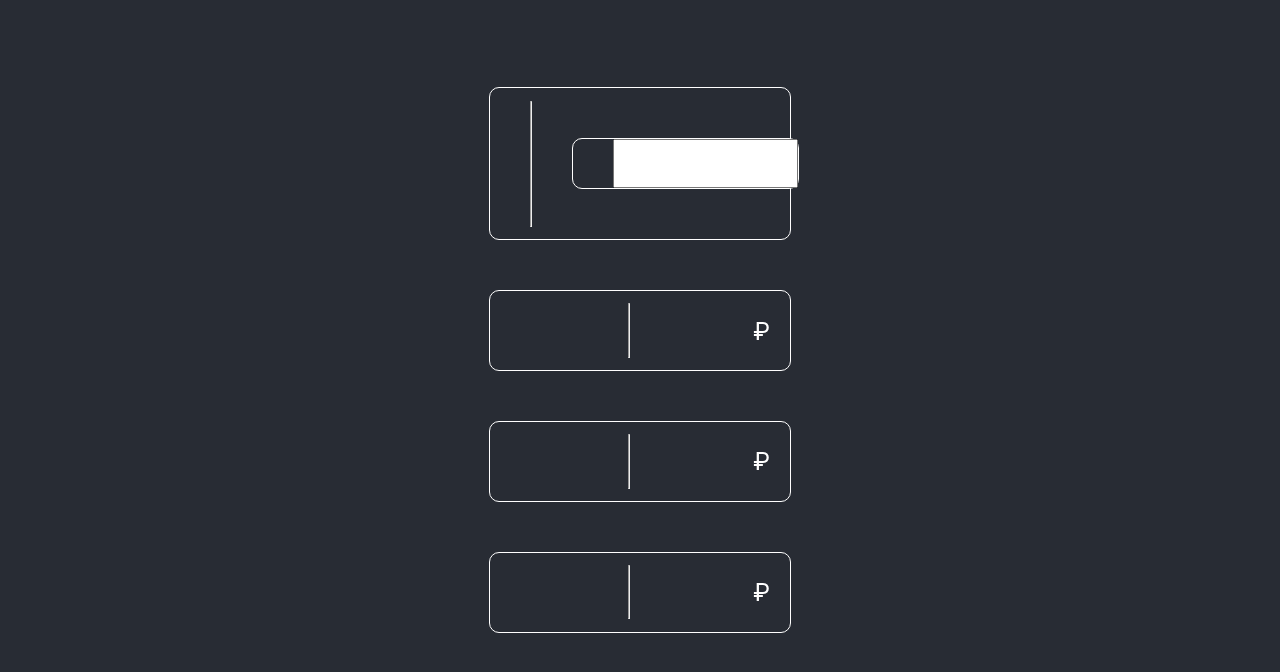
Repository: bandikost/capers
Page: /main
The author's editor kept a copy of each file at every save. The page is drawn from the files as they stood at one save, then again after the next save.
The browser window is 1280 px wide. The pictures show the whole page.
The page's requests for data from a server got no answer. The project was rebuilt for these pictures with package versions that can differ from the ones it lists, and the page was loaded fresh each time. No one was signed in, and anything a server would have sent is missing.

Above is the page before, as saved 2023-04-10 12:52:26.

### src/App.js
import logo from './logo.svg';
import './App.css';
import { BrowserRouter, Routes, Route } from "react-router-dom";
import Main from './components/Main';



function App() {
  return (
    <div className="App">
      <header className="App-header">
      <BrowserRouter >
        <Routes>
            <Route path='/main' element={<Main />}/>

        </Routes>
      </BrowserRouter>
      </header>
    </div>
  );
}

export default App;

### src/App.css
.App {
  text-align: center;
}

.App-logo {
  height: 40vmin;
  pointer-events: none;
}


.App-header {
  background-color: #282c34;
  min-height: 100vh;
  display: flex;
  flex-direction: column;
  align-items: center;
  justify-content: center;
  font-size: calc(10px + 2vmin);
  color: white;
}

.App-link {
  color: #61dafb;
}


.table {
  height: auto;
  margin: 0 auto 0;
}

.cell {
  border: 1px solid white;
  border-radius: 10px;
  width: 300px;
  margin: 50px 0px;
  display: flex;
  justify-content: space-between;
}

.cell p {
  padding: 0 20px;
}

### src/components/Main.jsx
import React, { useState, useEffect } from "react";
import firebase from "../firebase";
import UserInput from "./UserInput";

export const Main = () => {
  const [name, setName] = useState({});
  const [balance, setbalance] = useState({});

  useEffect(() => {
    const balanceRef = firebase.database().ref("balance");
    balanceRef.on("value", (snapshot) => {
      const data = snapshot.val();
      setbalance(data);
    });

    const nameRef = firebase.database().ref("name");
    nameRef.on("value", (snapshot) => {
      const data = snapshot.val();
      setName(data);
    });
  }, []);

  const getHighestBalanceUser = () => {
    const users = Object.keys(balance);
    let highestBalance = -Infinity;
    let highestBalanceUser = "";
    users.forEach((user) => {
      if (balance[user] > highestBalance) {
        highestBalance = balance[user];
        highestBalanceUser = user;
      }
    });
    return highestBalanceUser;
  };

  return (
    <div className="table">
      <div className="cell">
        <p>{name.user1}</p>
        <hr />
        <p>{balance.user1}</p>
        <UserInput userId="user1" name={name.user1} balance={balance.user1} />
      </div>
      <div className="cell">
        <p>{name.user2}</p>
        <hr />
        <p>{balance.user2}<span style={{marginLeft: "5px"}}>₽</span></p>
      </div>
      <div className="cell">
        <p>{name.user3}</p>
        <hr />
        <p>{balance.user3}<span style={{marginLeft: "5px"}}>₽</span></p>
      </div>
      <div className="cell">
        <p>{name.user4}</p>
        <hr />
        <p>{balance.user4}<span style={{marginLeft: "5px"}}>₽</span></p>

        </div>
        </div>

  )
}
  export default Main;

### src/firebase.js

import "firebase/database";
import firebase from "firebase/compat/app";
import "firebase/compat/database";
import { getAuth } from "firebase/auth";
import { getFirestore } from "firebase/firestore";
import { getStorage, ref } from "firebase/storage";


const firebaseConfig = {
    apiKey: "AIzaSyBp1x8lQCSbuPwbK_sXJ7eGkGpN9c7ONY8",
    authDomain: "capers-a3171.firebaseapp.com",
    databaseURL: "https://capers-a3171-default-rtdb.europe-west1.firebasedatabase.app",
    projectId: "capers-a3171",
    storageBucket: "capers-a3171.appspot.com",
    messagingSenderId: "794243042023",
    appId: "1:794243042023:web:668504b8bdcbe9b7c63042",
    measurementId: "G-7YW48MQCSP"
  };

firebase.initializeApp(firebaseConfig);

export const auth = getAuth();
export const storage = getStorage()
export const db = getFirestore();
export default firebase;

### src/components/UserInput.js
import React, { useState } from "react";

const UserInput = ({ user, name, balance, onChange }) => {
  const [inputName, setInputName] = useState(name);
  const [inputBalance, setInputBalance] = useState(balance);

  const handleNameChange = (e) => {
    setInputName(e.target.value);
  };

  const handleBalanceChange = (e) => {
    setInputBalance(e.target.value);
  };

  return (
    <div className="cell">
      <p>{inputBalance}</p>
      <input type="number" value={inputBalance} onChange={handleBalanceChange} />
    </div>
  );
};

export default UserInput;

Loaded but not shown: public/index.html (common file); src/index.js (common file); src/index.css (common file); src/reportWebVitals.js (common file)

After the next save:
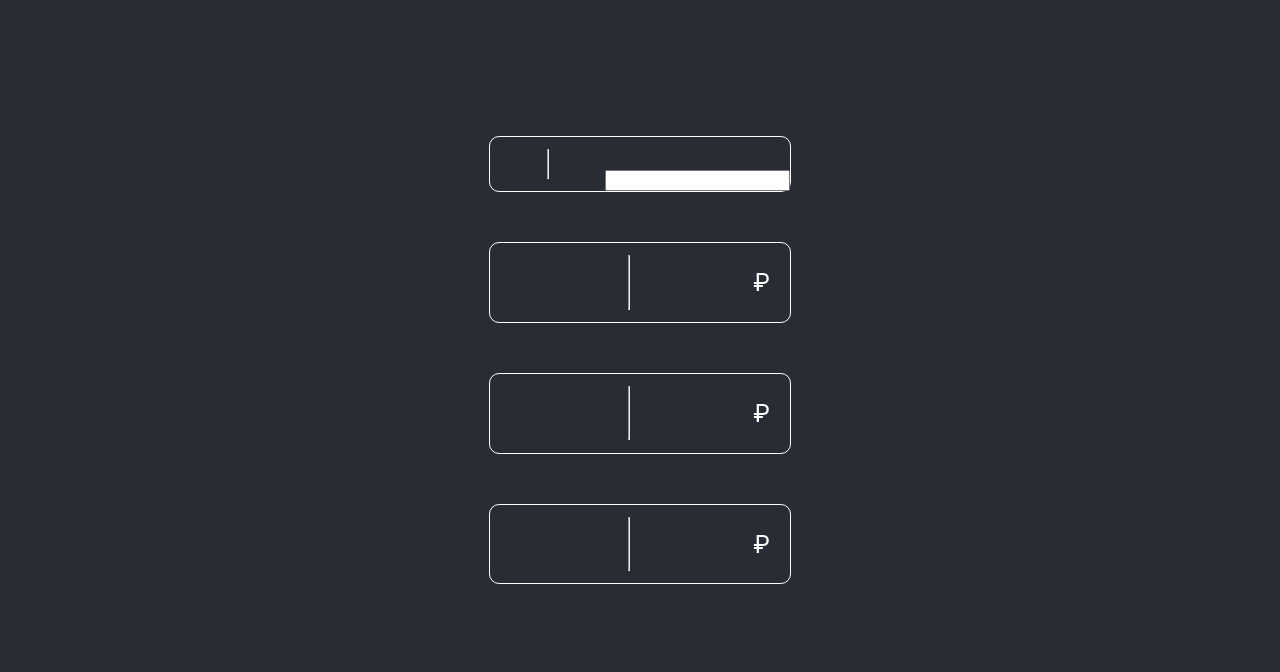
Saved 7 s later.
--- a/src/components/UserInput.js
+++ b/src/components/UserInput.js
@@ -13,7 +13,7 @@ const UserInput = ({ user, name, balance, onChange }) => {
   };
 
   return (
-    <div className="cell">
+    <div>
       <p>{inputBalance}</p>
       <input type="number" value={inputBalance} onChange={handleBalanceChange} />
     </div>
